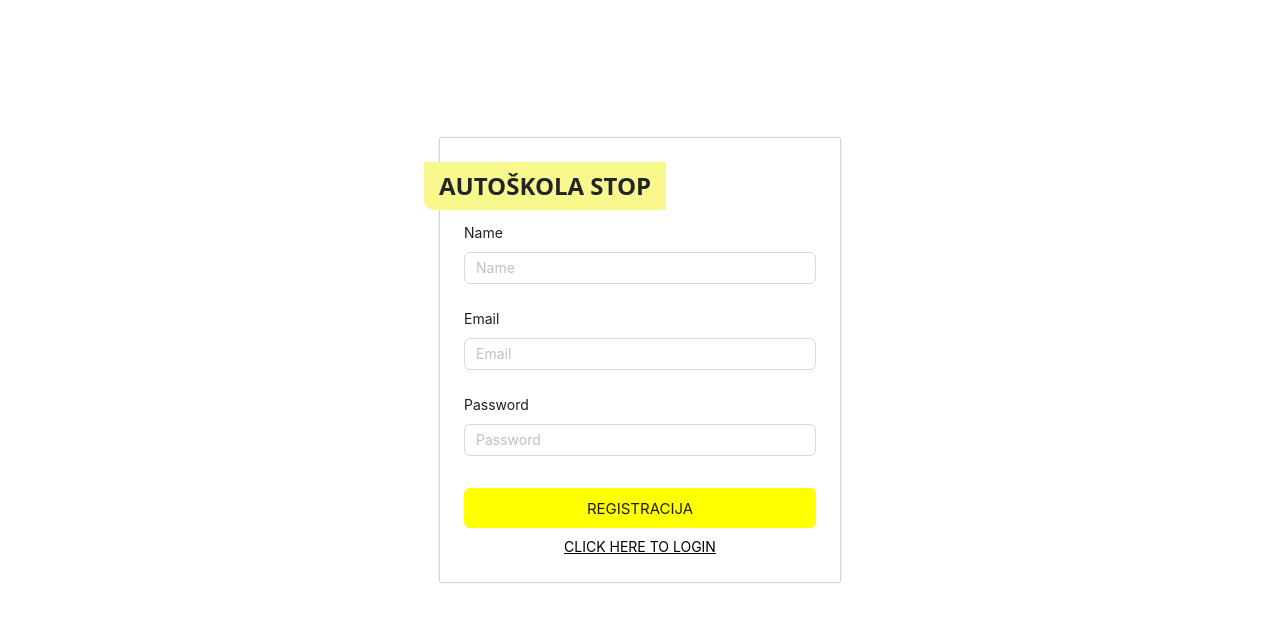
Repository: jbabicsus/okviri
Page: /registracija (app in autoskola/)
These files come from the project's save history. The page is drawn as it stood at one moment and after the next save; the edit follows.
The browser window is 1280 px wide. The pictures show the whole page.
The project was rebuilt for these pictures with package versions that can differ from the ones it lists, and the page was loaded fresh each time. Also part of the build but not shown: autoskola/src/stranice/Login.js.

Above is the page before, as saved 2024-05-12 14:20:44.

After the next save:
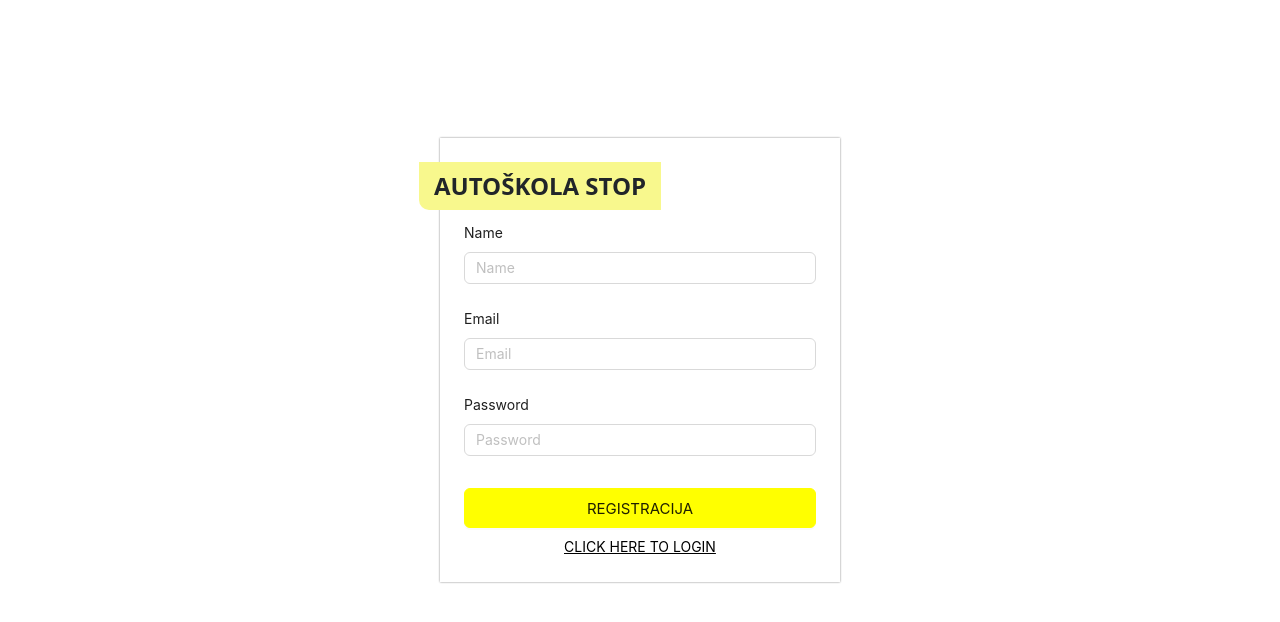
Saved 11 s later.
--- a/autoskola/src/index.css
+++ b/autoskola/src/index.css
@@ -51,6 +51,6 @@ input{
   background-color: rgb(248, 248, 141);
   max-width: max-content;
   padding: 10px 15px;
-  margin-left: -40px;
+  margin-left: -45px;
   border-bottom-left-radius: 10px;
 }
